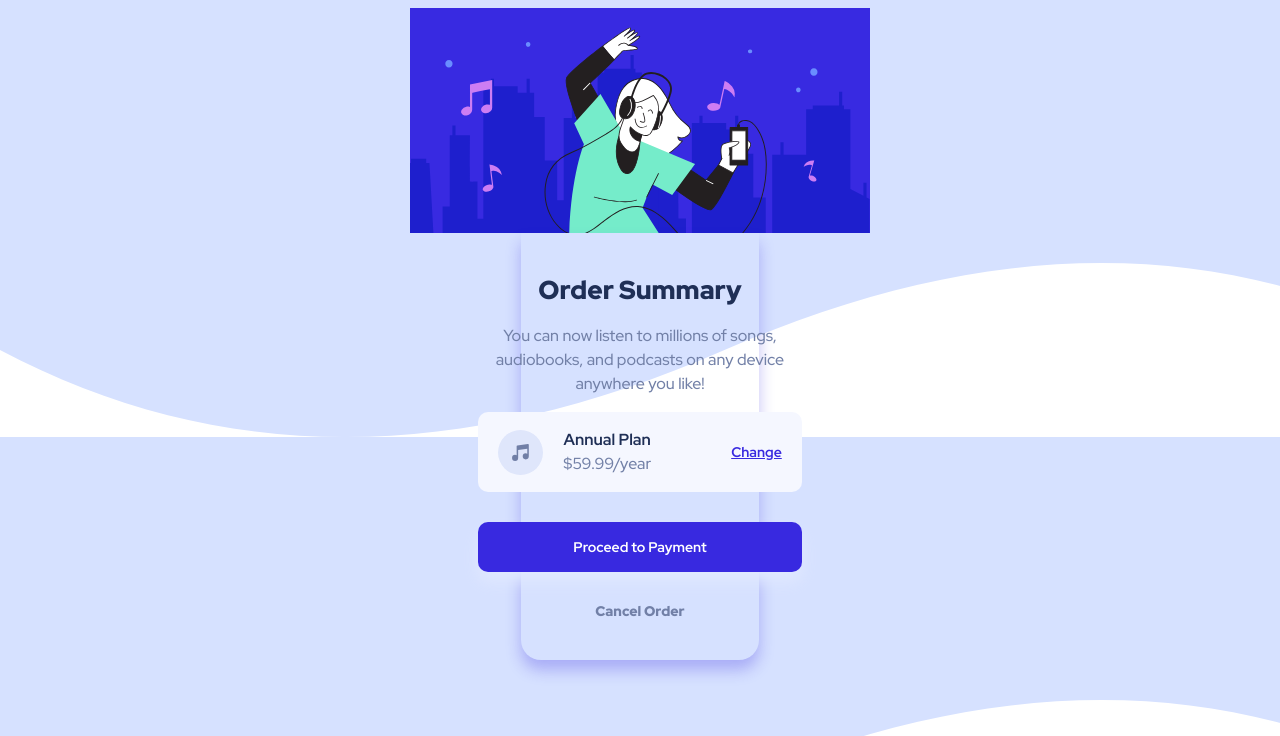
Repository: Pawan-pediredla/frontend-mentors
Page: order-summary-card/order-summary-component-main/markup/index.html
An editor plug-in stored every save of this project. The page is shown before and after the next save, followed by the edit.
The browser window is 1280 px wide. The pictures show the whole page.

Above is the page before, as saved 2024-06-22 12:19:20.

After the next save:
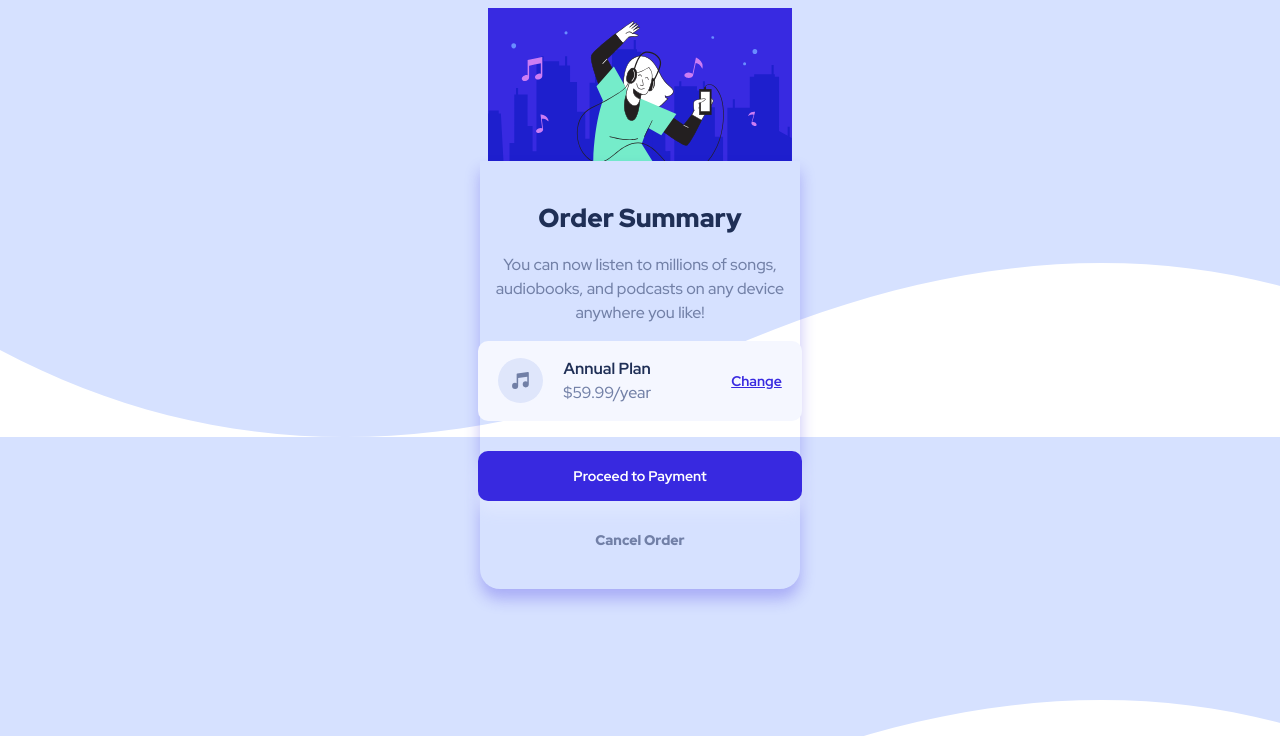
Saved 47 s later.
--- a/order-summary-card/order-summary-component-main/styling/index.css
+++ b/order-summary-card/order-summary-component-main/styling/index.css
@@ -125,3 +125,75 @@
   section.footer a:hover {
     color: var(--dark-blue);
   }
+  @media (min-width: 1441px) and (max-width: 2018px) {
+    .image-container {
+      width: 26.6%;
+    }
+  }
+
+  @media (min-width: 1000px) and (max-width: 1300px) {
+    .image-container {
+      width: 40%;
+    }
+
+    .container {
+      width: 34.2%;
+    }
+  }
+
+  @media (min-width: 800px) and (max-width: 999px) {
+    .image-container {
+      width: 60%;
+    }
+
+    .container {
+      width: 51%;
+    }
+  }
+
+  @media (min-width: 600px) and (max-width: 799px) {
+    .image-container {
+      width: 60%;
+    }
+
+    .container {
+      width: 51%;
+    }
+  }
+
+  @media (min-width: 400px) and (max-width: 599px) {
+    .image-container {
+      width: 80%;
+    }
+
+    .container {
+      width: 67.8%;
+    }
+  }
+
+  @media (min-width: 200px) and (max-width: 399px) {
+    .image-container {
+      width: 90%;
+      height: 19%;
+    }
+
+    .container {
+      width: 72.5%;
+      padding: 30px 30px;
+    }
+
+    section.price {
+      display: flex;
+      gap: 10px;
+      width: 100%;
+    }
+
+    section.price a {
+      padding-left: 20px;
+      justify-self: flex-end;
+    }
+
+    section.footer button {
+      width: 100%;
+    }
+  }
